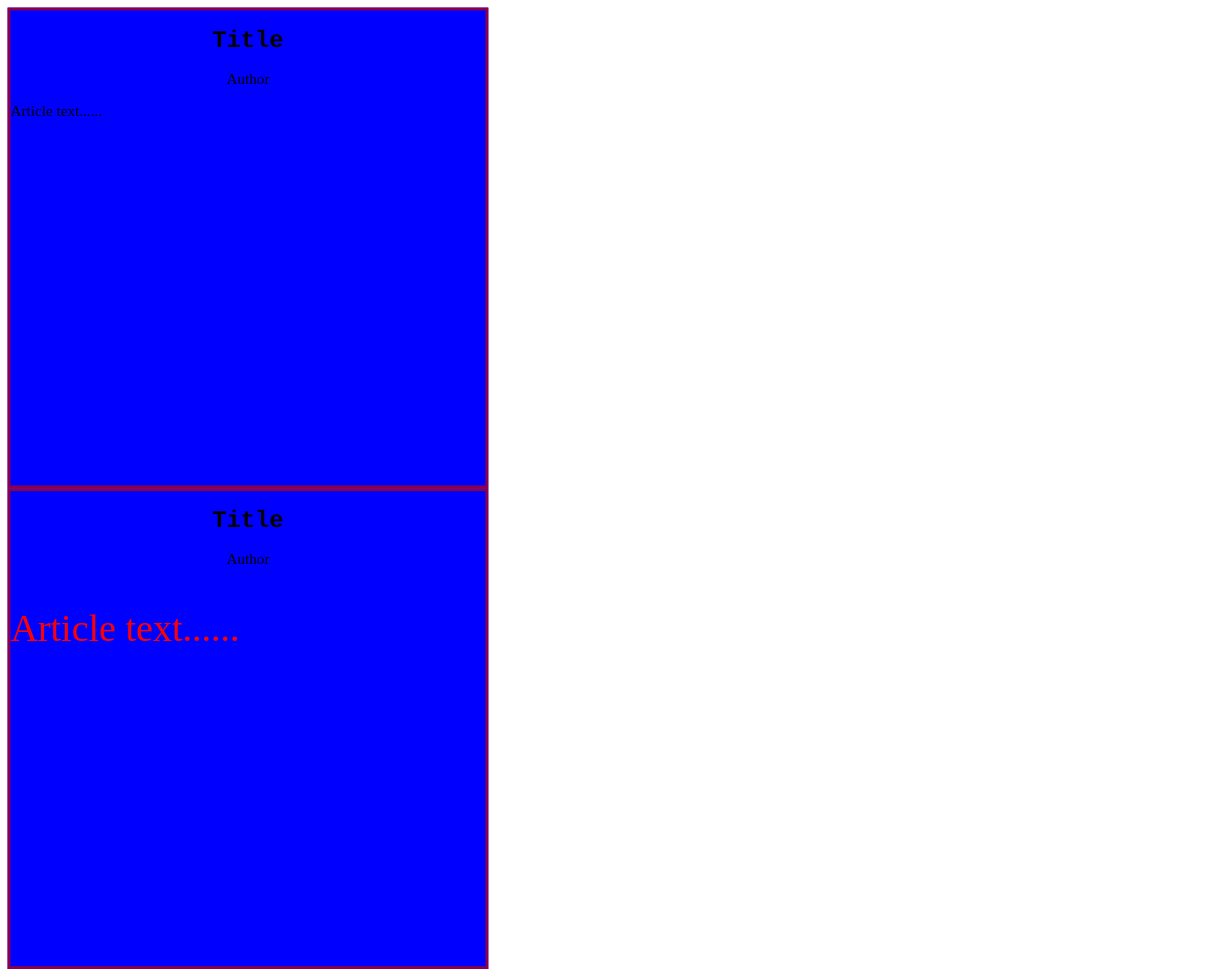
Repository: kimbalaya7/coding-managers
Page: index2.html
The author's editor kept a record of every edit. The page is drawn from the files as they stood at one moment, then again after the next edit.
The browser window is 1280 px wide. The pictures show the whole page, at 95% of full size.

Above is the page before.

After the next edit:
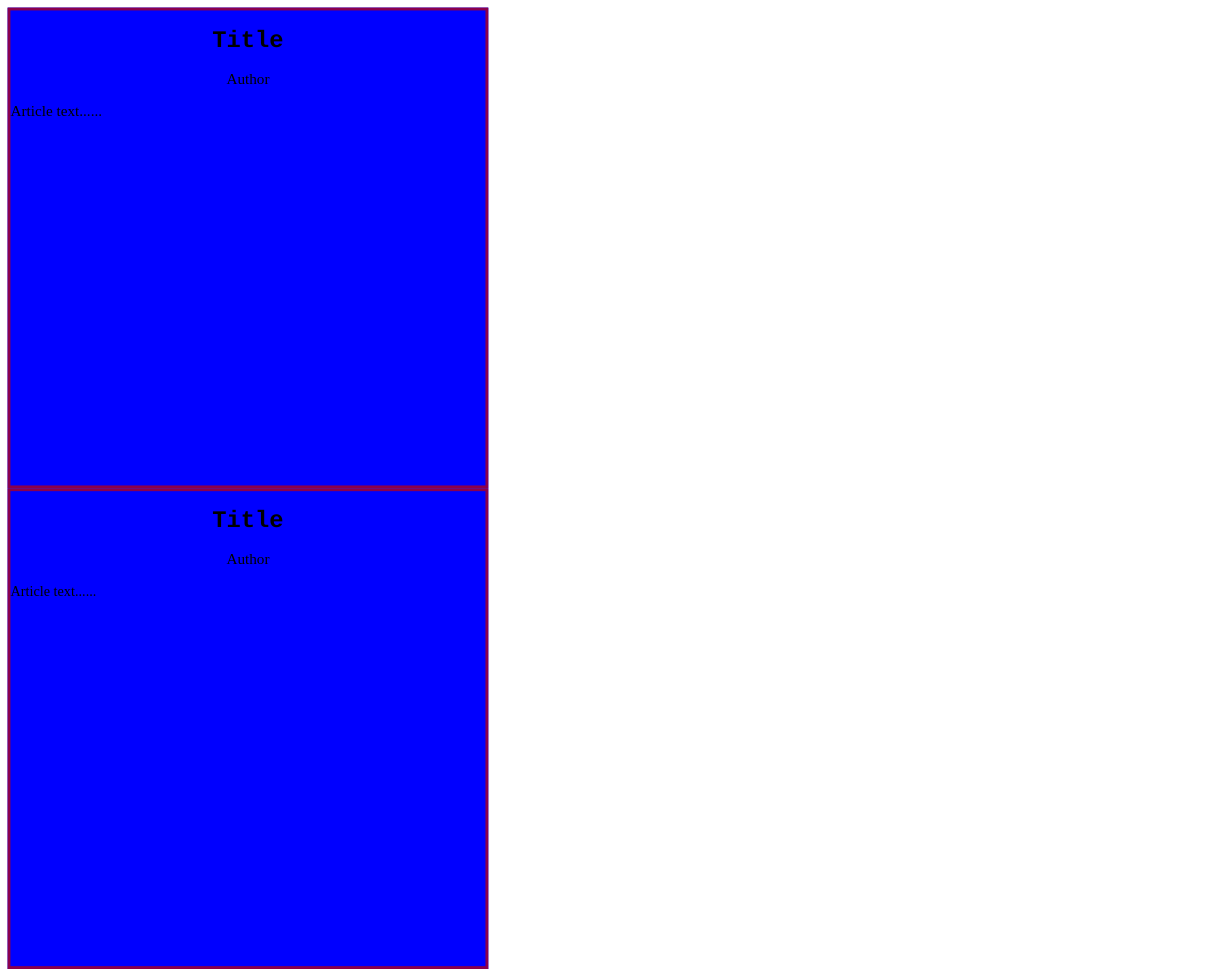
The edit:
--- a/styles.css
+++ b/styles.css
@@ -1,7 +1,6 @@
  #paragraph {
-        font-size: 40px;
-        font-family: Comic Sans;
-        color: red;
+        font-size: 15px;
+        text-align: left;
 }
 
 .font-selector {
